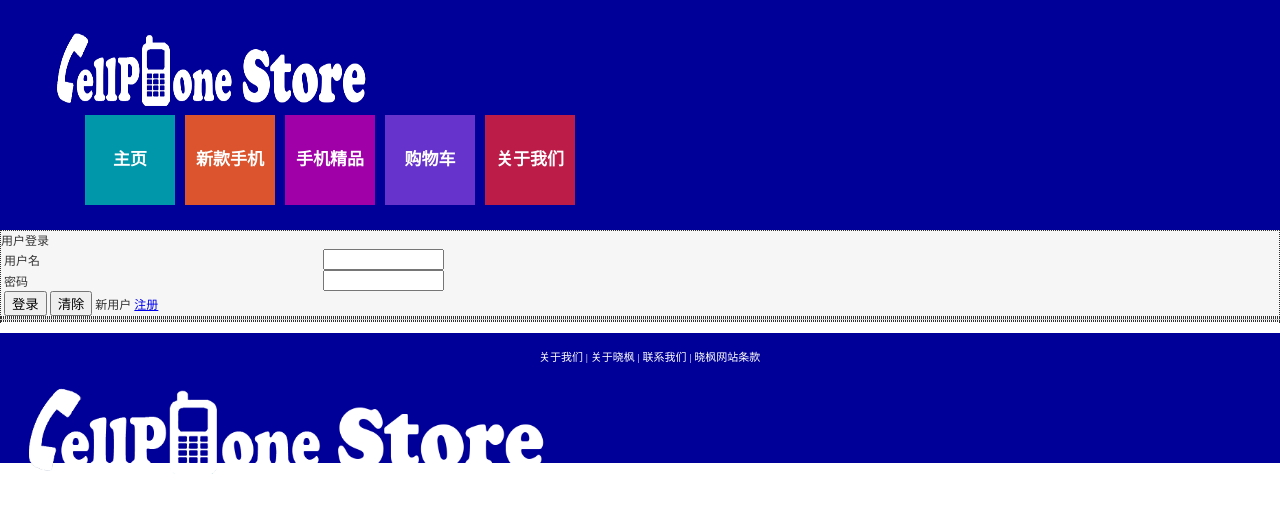
Repository: Jefsky/phonemarket
Page: http://localhost/phonemarket/user/index.jsp
The author's editor kept a copy of each file at every save. The page is drawn from the files as they stood at one save, then again after the next save.
The browser window is 1280 px wide. The pictures show the whole page.
The page is served by Tomcat 9. Other server files are loaded and not shown. Queries for data that is not in the repository find no rows.

Above is the page before, as saved 2014-06-26 01:53:54.

### phonemarket/phonemarket/WebContent/user/index.jsp
<%@ page language="java" contentType="text/html; charset=UTF-8"
    pageEncoding="UTF-8"%>
    <%@ page import="cn.huateng.dao.impl.PhoneInfoDAOImpl,cn.huateng.bean.Phone,java.util.ArrayList,cn.huateng.bean.Company,cn.huateng.dao.impl.CompanyDAOImpl" %>
<!DOCTYPE html PUBLIC "-//W3C//DTD HTML 4.01 Transitional//EN" "http://www.w3.org/TR/html4/loose.dtd">
<html>
<head>
<meta http-equiv="Content-Type" content="text/html; charset=UTF-8">
<link rel="stylesheet" type="text/css" href="../css/main.css">
<title>化腾晓枫手机商城官网</title>
</head>
<body>
<%
	String op = request.getParameter("op");
	if("exit".equals(op)){
		session.removeAttribute("userid");
	}
	String error = request.getParameter("error");
	if(error!=null&&"queryUP_er".equals(error)){
%>
	<script type="text/javascript">
		alert("用户名或者密码错误");
	</script>
<%
	}
	if(error!=null&&"pwedit_error".equals(error)){
%>
	<script type="text/javascript">
		alert("用户密码修改失败");
	</script>
<%
	}
	if(error!=null&&"userInfoEdit_error".equals(error)){
%>
	<script type="text/javascript">
		alert("用户个人信息修改失败");
	</script>
<%
	}
%>

<div >
					<jsp:include page="top.jsp" />
					<jsp:include page="login.jsp"/>

</div>

		<table width="100%" border="0" cellpadding="0" cellspacing="0"
										class="td">
	<%
		PhoneInfoDAOImpl phoneInfoDAOImpl = new PhoneInfoDAOImpl();
		ArrayList<Phone> ls_ephone = phoneInfoDAOImpl.queryPhoneByType(1);
		if(ls_ephone!=null){
			for(int i=0; i<(ls_ephone.size()>4?4:ls_ephone.size()); ){
	%>
								<tr>
	<%
		int count = 2;
		while(count>0){
			if(i<ls_ephone.size()){
				Phone phone = ls_ephone.get(i);
				i++;
	%>
	<td width="50%">
	<table width="100%" border="0" cellpadding="0" cellspacing="0"
										class="td">
											<tr>
												<td  width="30%" rowspan="5">
													<a href="phonedetail.jsp?phoneid=<%=phone.getPhoneid()%>">
													<img src="../image/<%=phone.getPicture() %>" width="230"
													height="323" border="0"></a>
												</td>

												<td width="80"><div align="left">型号</div></td>
												<td ><%=phone.getPhonename() %></td>
											</tr>
											<tr>
												<td width="80"><div align="left">平台</div></td>
												<td ><%=phone.getPlatform() %></td>
											</tr>
											<tr>
												<td><div align="left">公司</div></td>
<%
	CompanyDAOImpl companyDAOImpl =new CompanyDAOImpl();
	Company company = companyDAOImpl.cQueryById(phone.getCompanyid());
	if(company!=null){
%>
												<td width="80"><%=company.getName() %></td>
<%
	}
%>
											</tr>
											<tr>
												<td width="80"><div align="left">屏幕</div></td>
												<td ><%=phone.getDisplay() %>英寸</td>
											</tr>
											<tr>
												<td width="80"><div align="left">定价</div></td>
												<td><%=phone.getPrice() %>元</td>
											</tr>
											<tr>
												<td colspan="2"><div align="center" float="right">
													<a href="/phonemarket/AddtoCartServlet?phoneid=<%=phone.getPhoneid()%>">放入购物车</a>&nbsp;&nbsp;
													<a href="phonedetail.jsp?phoneid=<%=phone.getPhoneid() %>">查看详情</a>
												</div></td>
											</tr>
										</table>
									</td>

<%
			}else{
%>
						<td width="50%"></td>
<%
			}
		count--;
		}
%>
				</tr>
<%
			}
		}
%>

		    				</table>
		    			</td>
		    			<td width="1" bgcolor="#999999"></td>
		    		</tr>
		    		<tr bgcolor="#999999"><td height="1" colspan="3" nowrap></td>
		    		</tr>
		    	</table>
		    	<table width="100%" border="0" cellspacing="0" cellpadding="0">
			    		<tr>
		    			<td height="1" nowrap bgcolor="#CCCCCC"></td>
		    		</tr>
		    	</table>
		    	<table width="100%" border="0" cellspacing="0" cellpadding="0">
		    		<tr bgcolor="#999999"></tr>
		    		<tr>
		    			<td width="0" nowrap bgcolor="#999999"></td>
		    			<td>
		    				<table width="100%" border="0" cellspacing="0" cellpadding="0" class="td">

	<%
		PhoneInfoDAOImpl phoneInfoDAOImpl2 = new PhoneInfoDAOImpl();
		ArrayList<Phone> ls_ephone2 = phoneInfoDAOImpl2.queryPhoneByType(2);
		if(ls_ephone!=null){
			for(int i=0; i<(ls_ephone2.size()>4?4:ls_ephone2.size()); ){
	%>
								<tr>
	<%
		int count = 2;
		while(count>0){
			if(i<ls_ephone2.size()){
				Phone phone2 = ls_ephone2.get(i);
				i++;
	%>

									<td width="50%">
										<table width="100%" border="0" cellpadding="0" cellspacing="0"
										class="td">
											<tr>
												<td width="30%" rowspan="5">
													<a href="phonedetail.jsp?phoneid=<%=phone2.getPhoneid()%>">
													<img src="../image/<%=phone2.getPicture() %>" width="230"
													height="323" border="0"></a>
												</td>
												<td width="25%"><div align="left">型号</div></td>
												<td><%=phone2.getPhonename() %></td>
											</tr>
											<tr>
												<td width="25%"><div align="left">平台</div></td>
												<td><%=phone2.getPlatform() %></td>
											</tr>
											<tr>
												<td width="25%"><div align="left">公司</div></td>
<%
	CompanyDAOImpl companyDAOImpl2 =new CompanyDAOImpl();
	Company company2 = companyDAOImpl2.cQueryById(phone2.getCompanyid());
	if(company2!=null){
%>
												<td><%=company2.getName() %></td>
<%
	}
%>
											</tr>
											<tr>
												<td width="25%"><div align="left">屏幕</div></td>
												<td><%=phone2.getDisplay() %>英寸</td>
											</tr>
											<tr>
												<td width="25%"><div align="left">定价</div></td>
												<td><%=phone2.getPrice() %>元</td>
											</tr>
											<tr>
												<td colspan="2"><div align="center">
													<a href="/phonemarket/AddtoCartServlet?phoneid=<%=phone2.getPhoneid()%>">放入购物车</a>&nbsp;&nbsp;
													<a href="phonedetail.jsp?phoneid=<%=phone2.getPhoneid() %>">查看详情</a>
												</div></td>
											</tr>
										</table>
									</td>

<%
			}else{
%>
						<td width="50%"></td>
<%
			}
		count--;
		}
%>
				</tr>
<%
			}
		}
%>

		    				</table>





<div>
					<jsp:include page="bottom.jsp" />
</div>
</body>
</html>

### phonemarket/phonemarket/WebContent/user/top.jsp
<%@ page language="java" contentType="text/html; charset=UTF-8"
    pageEncoding="UTF-8"%>
<!DOCTYPE html PUBLIC "-//W3C//DTD HTML 4.01 Transitional//EN" "http://www.w3.org/TR/html4/loose.dtd">
<html>
<head>
<meta http-equiv="Content-Type" content="text/html; charset=UTF-8">
<title>Cellphone Store</title>
<link rel="stylesheet" type="text/css" href="../css/top.css"/>
</head>
<body>
<div class = "navigation">
	<div id="logo">
		<span><img src="../image/logo.png" width="350" height="85"></span>
	</div>
	<ul id="color">
		<li class = "color1"><a href = "index.jsp">主页</a></li>
		<li><a>新款手机</a></li>
		<li class = "color2"><a href = "../admin/index.jsp">手机精品</a></li>
		<li class = "color3"><a href = "shoppingcart.jsp">购物车</a></li>
		<li class = "color4"><a href = "#">关于我们</a></li>
	</ul>


</div>

</body>
</html>

### phonemarket/phonemarket/WebContent/user/login.jsp
<%@ page contentType="text/html; charset=utf-8" language="java" import="java.sql.*" errorPage="" %>
<!DOCTYPE html PUBLIC "-//W3C//DTD XHTML 1.0 Transitional//EN" "http://www.w3.org/TR/xhtml1/DTD/xhtml1-transitional.dtd">
<html xmlns="http://www.w3.org/1999/xhtml">
<head>
<meta http-equiv="Content-Type" content="text/html; charset=utf-8" />
<title>login</title>
<SCRIPT LANGUAGE="javascript">
<!--
	function CheckSubmit(thisform){ //focus()方法，将光标定位于输出栏目
		with(thisform){
			if(userid.value==null || userid.value=="" ){
				alert("请输入用户名!");
				userid.focus();
				return false;
			}else if(userid.value.indexOf("'")!=-1){
				alert("用户名不能包含单引号,空格等字符!");
				userid.focus();
				return false;
			}
			if(password.value==null || password.value=="" ){
				alert("请输入密码!");
				password.focus();
				return false;
			}
		}
		return true;
	}
//-->
</SCRIPT>
</head>

<body>
<%
	String s_userid=(String)session.getAttribute("userid");
	if(s_userid==null){
%>
<form name="loginform" action="/phonemarket/QueryByIdPwServlet" method="post" onsubmit="return CheckSubmit(this)">
	<table width="100%" border="0" cellpadding="0" cellspacing="0" bgcolor="#f6f6f6" class="td">
		<tr>
			<td colspan="3">用户登录</td>
		</tr>
		<tr>
			<td width="8">&nbsp;</td>
			<td width="25%">用户名</td>
			<td width="75%"><input name="userid" type="text" class="formtext" size="12"></td>
		</tr>
		<tr>
			<td>&nbsp;</td>
			<td >密码</td>
			<td ><input name="password" type="password" class="formtext" size="12"></td>
		</tr>
		<tr>
			<td>&nbsp;</td>
			<td colspan="2">
			 <input name="loginbutton" type="submit" value="登录">
			 <input type="reset" value="清除">
			 	新用户&nbsp;<a href="register.jsp">注册</a>
			</td>
		</tr>
	</table>
</form>
<%
	}else{
%>
	<table width="100%" border="0" cellpadding="0" bgcolor="#f6f6f6" class="td">
		<tr>
			<td width="30" colspan="4">&nbsp&nbsp&nbsp您好！<%=s_userid %>
			欢迎来到化腾晓枫手机商城</td>
		</tr>
		<tr>
			<td><a href="passwordedit.jsp">&nbsp&nbsp&nbsp修改登陆密码</a></td>
			<td><a href="userinfoedit.jsp">维护个人信息</a></td>
			<td><a href="myorder.jsp">查看历史订单</a></td>
			<td><a href="shoppingcart.jsp">查看购书车</a></td>
			<td><a href="index.jsp?op=exit">注销退出</a></td>
	</table>
<%
	}
%>
</body>
</html>

### phonemarket/phonemarket/WebContent/user/bottom.jsp
<%@ page language="java" contentType="text/html; charset=GB18030"
    pageEncoding="GB18030"%>
<!DOCTYPE html PUBLIC "-//W3C//DTD HTML 4.01 Transitional//EN" "http://www.w3.org/TR/html4/loose.dtd">
<html>
<head>
<link rel="stylesheet" type="text/css" href="../css/bottom.css">
<meta http-equiv="Content-Type" content="text/html; charset=ISO-8859-1">
<title>bottom</title>
</head>
<body>
<div class="foot">

 <p>&nbsp&nbsp&nbsp&nbsp&nbsp&nbsp 关于我们 | 关于晓枫 | 联系我们 | 晓枫网站条款</p>
<div id="logo">
		<span><img src="../image/logo.png" width="584" height="100px"></span>
	</div>
</div>
</body>
</html>

### phonemarket/phonemarket/src/cn/huateng/dao/impl/PhoneInfoDAOImpl.java
package cn.huateng.dao.impl;

	import java.sql.Connection;
import java.sql.PreparedStatement;
import java.sql.ResultSet;
import java.sql.SQLException;
import java.util.ArrayList;



import cn.huateng.bean.Phone;
import cn.huateng.dbc.DBConnection;

	public class PhoneInfoDAOImpl {
		public int insertPhone(Phone phone){
			int line=0;
			Connection conn=null;
			PreparedStatement ppsm=null;
			DBConnection dbconn=new DBConnection();
			if(dbconn!=null){
				conn=dbconn.getConn();
				if(conn!=null){
					String sql="insert into phone(phoneid,phonename,platform,weight,display,camera,ram,massmenory,companyid,price,quantity,picture,type) values(?,?,?,?,?,?,?,?,?,?,?,?,?)";
					try{
						ppsm =conn.prepareStatement(sql);
						ppsm.setString(1,phone.getPhoneid());
						ppsm.setString(2,phone.getPhonename());
						ppsm.setString(3,phone.getPlatform());
						ppsm.setString(4,phone.getWeight());
						ppsm.setString(5,phone.getDisplay());
						ppsm.setString(6,phone.getCamera());
						ppsm.setString(7,phone.getRam());
						ppsm.setString(8,phone.getMassmenory());
						ppsm.setInt(9,phone.getCompanyid());
						ppsm.setFloat(10,phone.getPrice());
						ppsm.setInt(11,phone.getQuantity());
						ppsm.setString(12,phone.getPicture());
						ppsm.setInt(13,phone.getType());
						line= ppsm.executeUpdate();
						}catch(SQLException e){
						e.printStackTrace();
						}finally{
							try {
								if(ppsm!=null){
										ppsm.close();
									}
								conn.close();}
							catch (SQLException e) {
								// TODO Auto-generated catch block
								e.printStackTrace();
							}
						}

				}
			}
			return line;
		}
		public ArrayList<Phone> queryPhone(){
			ArrayList<Phone> phoneList=new ArrayList<Phone>();
			Connection conn=null;
			Phone phone;
			PreparedStatement ppsm=null;
			ResultSet rs = null;
			DBConnection dbconn=new DBConnection();
				if(dbconn!=null){
					conn=dbconn.getConn();
				//쌈淪쏵契꿴璂꾸鱗ResultSet
					if(conn!=null){
						String sql="select * from phone";
						try {
							ppsm=conn.prepareStatement(sql);
							rs=ppsm.executeQuery();
							//離빈겉꿴璂써벎섞瘻뻣槨ArrayList<UserInfo>잚謹럿쀼.
							while (rs.next()){
								phone =new Phone();
								phone.setPhoneid(rs.getString(1));
								phone.setPhonename(rs.getString(2));
								phone.setPlatform(rs.getString(3));
								phone.setWeight(rs.getString(4));
								phone.setDisplay(rs.getString(5));
								phone.setCamera(rs.getString(6));
								phone.setRam(rs.getString(7));
								phone.setMassmenory(rs.getString(8));
								phone.setCompanyid(rs.getInt(9));
								phone.setPrice(rs.getFloat(10));
								phone.setQuantity(rs.getInt(11));
								phone.setPicture(rs.getString(12));
								phone.setType(rs.getInt(13));
								phoneList.add(phone);
							}

						}catch (SQLException e) {
							// TODO Auto-generated catch block
							e.printStackTrace();
						}finally{
							if(rs!=null){
								try {
									rs.close();
									if(ppsm!=null){
									ppsm.close();
									}
									if(conn!=null){
										conn.close();
									}
								} catch (SQLException e) {
									// TODO Auto-generated catch block
									e.printStackTrace();
								}
							}

						}
				}
			}
			return phoneList;
		}
		public int pDeleteById(String phoneid){
			int line = 0;
			Connection conn=null;
			PreparedStatement ppsm=null;
			DBConnection dbconn=new DBConnection();
			if(dbconn!=null){
				conn=dbconn.getConn();
				if(conn!=null){
					String sql="delete from phone where phoneid=?";
					try {
						ppsm =conn.prepareStatement(sql);
						ppsm.setString(1,phoneid);
						line=ppsm.executeUpdate();
					} catch (SQLException e) {
						// TODO Auto-generated catch block
						e.printStackTrace();
					}finally{
						try {
						if(ppsm!=null){
								ppsm.close();
							}
							conn.close();}
						catch (SQLException e) {
								// TODO Auto-generated catch block
								e.printStackTrace();
							}
						}
				}
			}
			return line;
		}
		//錦맣꾸鱗，邱쏵契寧늴꿴璂꾸鱗bQueryById()，
		//UpdatePhoneServlet錦맣꾸鱗，딧痰UpdatePhone()
		public Phone pQueryById(String phoneid){
			Phone phone = new Phone();
			Connection conn=null;
			PreparedStatement ppsm=null;
			ResultSet rs = null;
			DBConnection dbconn=new DBConnection();
				if(dbconn!=null){
					conn=dbconn.getConn();
					if(conn!=null){
						String sql="select * from phone where phoneid =?";
						try {
							ppsm=conn.prepareStatement(sql);
							ppsm.setString(1,phoneid);
							rs=ppsm.executeQuery();
							if (rs.next()){
								phone.setPhoneid(rs.getString(1));
								phone.setPhonename(rs.getString(2));
								phone.setPlatform(rs.getString(3));
								phone.setWeight(rs.getString(4));
								phone.setDisplay(rs.getString(5));
								phone.setCamera(rs.getString(6));
								phone.setRam(rs.getString(7));
								phone.setMassmenory(rs.getString(8));
								phone.setCompanyid(rs.getInt(9));
								phone.setPrice(rs.getFloat(10));
								phone.setQuantity(rs.getInt(11));
								phone.setPicture(rs.getString(12));
								phone.setType(rs.getInt(13));
							}

						}catch (SQLException e) {
							// TODO Auto-generated catch block
							e.printStackTrace();
						}finally{
							if(rs!=null){
								try {
									rs.close();
									if(ppsm!=null){
									ppsm.close();
									}
									if(conn!=null){
										conn.close();
									}
								} catch (SQLException e) {
									// TODO Auto-generated catch block
									e.printStackTrace();
								}
							}

						}
				}
			}
			return phone;
		}
		//횔빈疼契瘻돕錦맣女충updatePhone.jsp[송목、鑒좆、깃羚、닸렴뒈렘된斤口]
		public int updatePhone(Phone phone){
			int line=0;
			Connection conn=null;
			PreparedStatement ppsm=null;
			DBConnection dbconn=new DBConnection();
			if(dbconn!=null){
				conn=dbconn.getConn();
				if(conn!=null){
					String sql="update phone set price = ?,quantity = ? where phoneid = ?";
					try {
						ppsm =conn.prepareStatement(sql);
						ppsm.setFloat(1, phone.getPrice());
						ppsm.setInt(2, phone.getQuantity());
						ppsm.setString(3,phone.getPhoneid());
						line=ppsm.executeUpdate();
					} catch (SQLException e) {
						// TODO Auto-generated catch block
						e.printStackTrace();
					}finally{
						try {
						if(ppsm!=null){
								ppsm.close();
							}
							conn.close();}
						catch (SQLException e) {
								// TODO Auto-generated catch block
								e.printStackTrace();
							}
						}
				}
			}
			return line;
		}
		public ArrayList<Phone> queryPhoneByType(int type){
			ArrayList<Phone> phoneList=new ArrayList<Phone>();
			Connection conn=null;
			Phone phone;
			PreparedStatement ppsm=null;
			ResultSet rs = null;
			DBConnection dbconn=new DBConnection();
				if(dbconn!=null){
					conn=dbconn.getConn();
					if(conn!=null){
						String sql="select * from phone where type=?";
						try {
							ppsm=conn.prepareStatement(sql);
							ppsm.setInt(1,type);
							rs=ppsm.executeQuery();
							while (rs.next()){
								phone =new Phone();
								phone.setPhoneid(rs.getString(1));
								phone.setPhonename(rs.getString(2));
								phone.setPlatform(rs.getString(3));
								phone.setWeight(rs.getString(4));
								phone.setDisplay(rs.getString(5));
								phone.setCamera(rs.getString(6));
								phone.setRam(rs.getString(7));
								phone.setMassmenory(rs.getString(8));
								phone.setCompanyid(rs.getInt(9));
								phone.setPrice(rs.getFloat(10));
								phone.setQuantity(rs.getInt(11));
								phone.setPicture(rs.getString(12));
								phone.setType(rs.getInt(13));
								phoneList.add(phone);
							}

						}catch (SQLException e) {
							// TODO Auto-generated catch block
							e.printStackTrace();
						}finally{
							if(rs!=null){
								try {
									rs.close();
									if(ppsm!=null){
									ppsm.close();
									}
									if(conn!=null){
										conn.close();
									}
								} catch (SQLException e) {
									// TODO Auto-generated catch block
									e.printStackTrace();
								}
							}

						}
				}
			}
			return phoneList;
		}
		public int UpdatePhoneQuantity(String phoneid, int updatenum){
			int line = 0;
			Phone phone=pQueryById(phoneid);
			int phonenum = phone.getQuantity()+updatenum;
			if(phonenum>=0){
				phone.setQuantity(phonenum);
				line = updatePhone(phone);
			}
			return line;
		}
	}

### phonemarket/phonemarket/src/cn/huateng/dbc/DBConnection.java
package cn.huateng.dbc;

import java.sql.Connection;
import java.sql.DriverManager;
import java.sql.SQLException;

public class DBConnection {
	private Connection conn;
	private static final String DBDRIVER ="com.microsoft.sqlserver.jdbc.SQLServerDriver";
	private static final String DBURL = "jdbc:sqlserver://127.0.0.1:1433;databaseName=phonemarket";
	private static final String DBUSER="sa";
	private static final String DBPW="123456";
	public DBConnection(){
		try {
			Class.forName(DBDRIVER);
		} catch (ClassNotFoundException e1) {
			// TODO Auto-generated catch block
			e1.printStackTrace();
		}
		try {
			conn=(DriverManager.getConnection(DBURL,DBUSER,DBPW));
		} catch (SQLException e) {
			// TODO Auto-generated catch block
			e.printStackTrace();
		}

	}
	public Connection getConn() {
		return conn;
	}

}

### phonemarket/phonemarket/WebContent/css/main.css
@charset "utf-8";
/* CSS Document */

.td{
	border: 1px dotted;
	font-family: "宋体";
	font-size: 12px;
	color: #333333;
	text-decoration: none;
}

### phonemarket/phonemarket/WebContent/css/top.css
body{
	margin : 0px;
	padding : 0;
}

/* ====== Navigation Main ====== */
div.navigation{
	font-family:"微软雅黑 Light", cursive;
	background-color:#009;
	padding-top : 30px;
	padding-bottom : 30px;
	height:170px;
	font-weight: bolder;
}

/* ====== Navigation Menu ====== */
div.navigation>ul{
	margin : 0px;

}

div.navigation>ul>li{
	list-style : none;
	display : inline-block;
	height : 90px;
	width : 90px;
	background-color : #DB542D;
	text-align : center;
	line-height : 90px;
	margin-top : 2px;
	margin-bottom : 2px;
}

div.navigation ul li a{
	cursor : pointer;
}

div.navigation>ul>li>a{
	position : relative;
	display : block;
	color:#FFF;
	font-size : 17px;
	text-decoration : none;
}



/* ====== Color class ======*/
div.navigation .color1{
	background-color : #0097aa;
}

div.navigation .color2{
	background-color : #9f00a7;
}

div.navigation .color3{
	background-color: #63C;
}

div.navigation .color4{
	background-color : #bb1d48;
}

/* ====== title span ====== */

div.navigation span{
	position : relative;
	font-family : 'Open Sans';
	font-weight : 300;
	font-size : 16px;
	margin-left : 40px;
	font-size : 28px;
	color : white;
}



#color{ margin-left:40px;}
#color li{  float:left; margin:0 5px;}
div.navigation ul li a:hover{ background-color: #CCC; color:#00C;}
#logo{ width:100%;}

### phonemarket/phonemarket/WebContent/css/bottom.css
@charset "utf-8";
/* CSS Document */

body{
	margin : 0px;
	padding : 0;
}

.foot{ width:100%; margin-top:10px; background-color:#009; height:130px;}
p{text-align:center; color: #FFF;  font-size:11px;padding:15px 0px 10px 0px;}
#logo{
	display:block;
	float:left;

	}

After the next save:
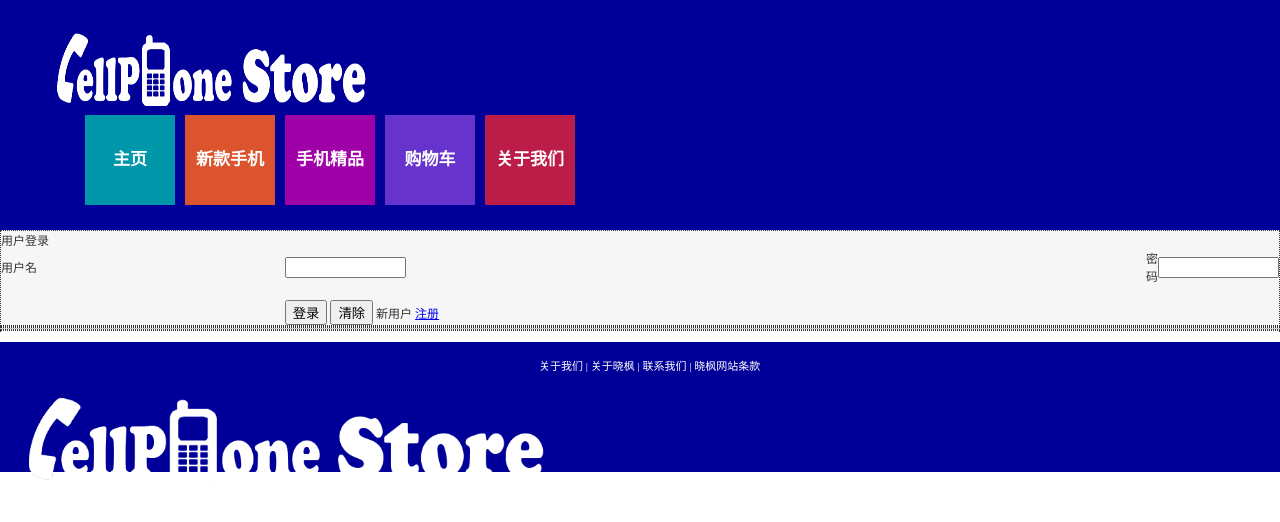
Saved 15 s later.
--- a/phonemarket/phonemarket/WebContent/user/login.jsp
+++ b/phonemarket/phonemarket/WebContent/user/login.jsp
@@ -40,14 +40,14 @@
 			<td colspan="3">用户登录</td>
 		</tr>
 		<tr>
-			<td width="8">&nbsp;</td>
 			<td width="25%">用户名</td>
 			<td width="75%"><input name="userid" type="text" class="formtext" size="12"></td>
+			<td >密码</td>
+			<td ><input name="password" type="password" class="formtext" size="12"></td>
 		</tr>
 		<tr>
 			<td>&nbsp;</td>
-			<td >密码</td>
-			<td ><input name="password" type="password" class="formtext" size="12"></td>
+
 		</tr>
 		<tr>
 			<td>&nbsp;</td>
